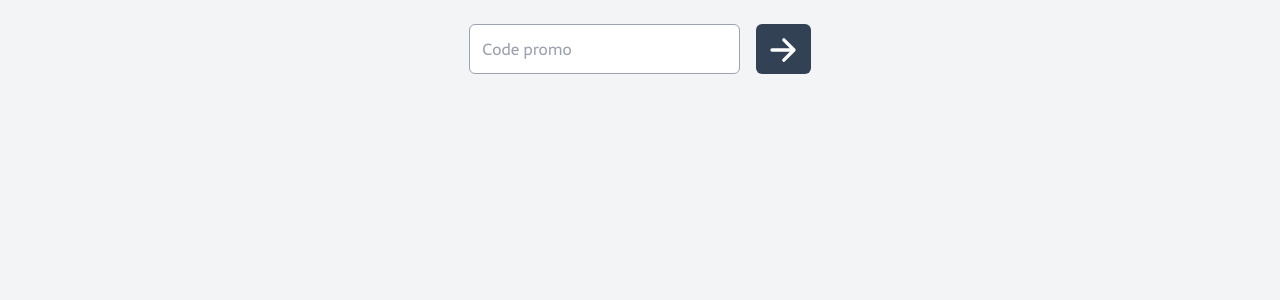
Repository: darlino/gotyu_shopify_section
Page: reduction_input210223/index.html
An editor plug-in stored every save of this project. The page is shown before and after the next save, followed by the edit.
The browser window is 1280 px wide. The pictures show the whole page.
Some web libraries are served in a nearby version.

Above is the page before, as saved 2023-02-21 22:03:36.

### reduction_input210223/index.html
<!DOCTYPE html>
<html lang="en">
  <head>
    <meta charset="UTF-8" />
    <meta http-equiv="X-UA-Compatible" content="IE=edge" />
    <meta name="viewport" content="width=device-width, initial-scale=1.0" />
    <title>Document</title>
    <link rel="preconnect" href="https://fonts.googleapis.com" />
    <link rel="preconnect" href="https://fonts.gstatic.com" crossorigin />
    <link
      href="https://fonts.googleapis.com/css2?family=Sarala&display=swap"
      rel="stylesheet"
    />
    <link rel="stylesheet" href="style.css" />
    <script src="https://cdn.tailwindcss.com"></script>
    <script
      type="module"
      src="https://unpkg.com/ionicons@5.5.2/dist/ionicons/ionicons.esm.js"
    ></script>
    <script
      nomodule
      src="https://unpkg.com/ionicons@5.5.2/dist/ionicons/ionicons.js"
    ></script>
  </head>
  <body>
    <section id="reduction210223">
      <div class="max-w-[1300px] h-screen flex flex-col mx-auto bg-gray-100">
        <div
          class="flex flex-col md:px-32 px-8 py-6 justify-center items-center"
        >
          <div class="flex flex-row justify-between space-x-4 md:w-1/3 w-full">
            <input
              type="text"
              class="px-3 w-5/6 py-2 border outline-none border-1 border-gray-400 bg-white rounded-md"
              placeholder="Code promo"
            />
            <button
              type="text"
              class="px-2 w-1/6 py-1 bg-slate-700 rounded-md text-center"
            >
              <ion-icon
                name="arrow-forward-outline"
                class="text-4xl bg-none text-white relative top-1"
              ></ion-icon>
            </button>
          </div>
        </div>
      </div>
    </section>
  </body>
</html>

### reduction_input210223/style.css
* {
  margin: 0;
  padding: 0;
  font-family: "Sarala", sans-serif;
}
#reduction {
  width: 100%;
  height: 100%;
}

After the next save:
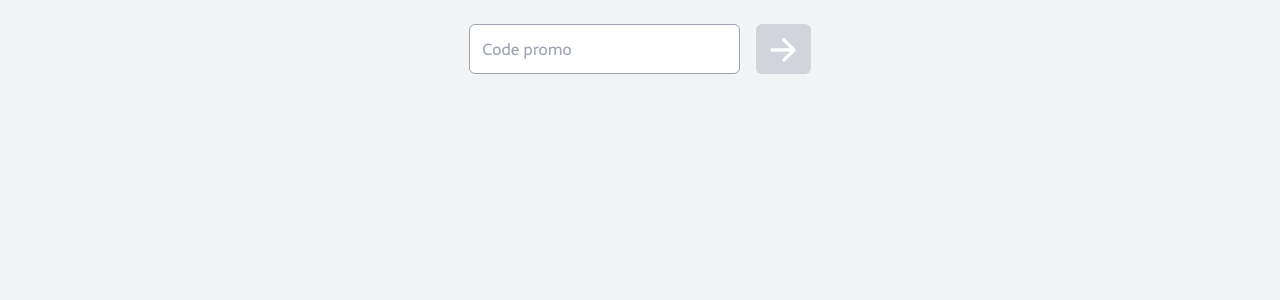
Saved 16 s later.
--- a/reduction_input210223/index.html
+++ b/reduction_input210223/index.html
@@ -36,7 +36,7 @@
             />
             <button
               type="text"
-              class="px-2 w-1/6 py-1 bg-slate-700 rounded-md text-center"
+              class="px-2 w-1/6 py-1 bg-gray-300 rounded-md text-center"
             >
               <ion-icon
                 name="arrow-forward-outline"
